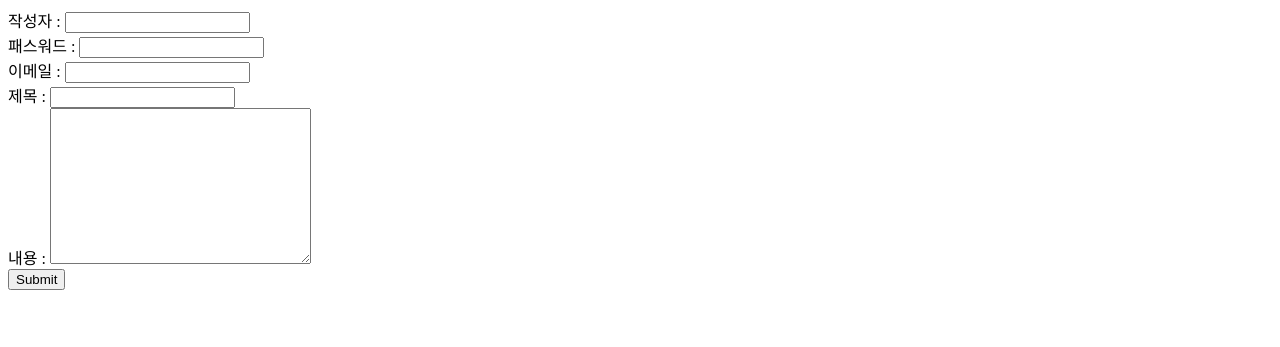
Repository: GitOnibi/jsp
Page: http://localhost/JSPprojec/notice/write_form.jsp?mode=write
An editor plug-in stored every save of this project. The page is shown before and after the next save, followed by the edit.
The browser window is 1280 px wide. The pictures show the whole page.
The page is served by Tomcat 9.

Above is the page before, as saved 2019-01-11 10:47:59.

After the next save:
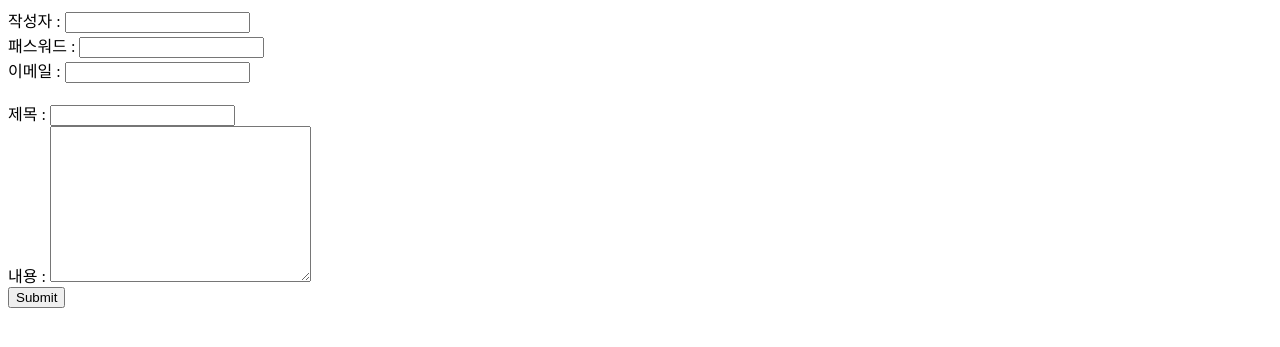
Saved 24 s later.
--- a/JSPprojec/WebContent/notice/write_form.jsp
+++ b/JSPprojec/WebContent/notice/write_form.jsp
@@ -9,7 +9,7 @@
 	<form action="" id="writeFrm">
 		작성자 : <input type="text" name="user_id"/><br />
 		패스워드 : <input type="text" name="user_pw"/><br />
-		이메일 : <input type="text" name="user_email"/><br />
+		이메일 : <input type="text" name="user_email"/><br /><br />
 		제목 : <input type="text" name="title"/><br />
 		내용 : <textarea name="contents" id="" cols="30" rows="10"></textarea><br />
 		<input type="submit" />
